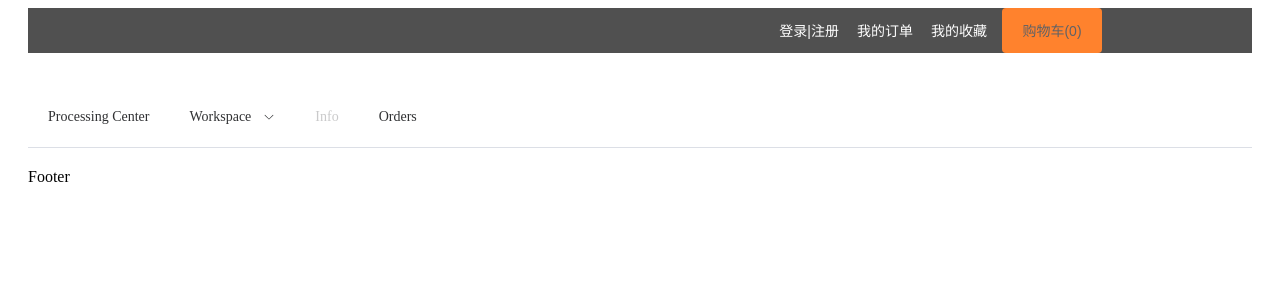
Repository: zhenghaochang/---
Page: / (app in xiaomi/)
The author's editor kept a copy of each file at every save. The page is drawn from the files as they stood at one save, then again after a run of saves.
The browser window is 1280 px wide. The pictures show the whole page.
The project was rebuilt for these pictures with package versions that can differ from the ones it lists, and the page was loaded fresh each time. Also part of the build but not shown: xiaomi/vite.config.js.

Above is the page before, as saved 2025-07-31 10:02:27.

### xiaomi/src/main.js
import { createApp } from 'vue';
import ElementPlus from 'element-plus';
import 'element-plus/dist/index.css';
import router from './router/router';
import App from './App.vue';
import * as ElementPlusIconsVue from '@element-plus/icons-vue';
import { createPinia } from 'pinia';
import piniaPluginPersistedstate from 'pinia-plugin-persistedstate'
const app = createApp(App);
const pinia = createPinia();
pinia.use(piniaPluginPersistedstate)
app.use(pinia);
for (const [key, component] of Object.entries(ElementPlusIconsVue)) {
    app.component(key, component);
}
app.use(router);
app.use(ElementPlus);
app.mount('#app');

### xiaomi/src/router/router.js
import {createRouter,createWebHashHistory} from 'vue-router'

let router = createRouter({
    history:createWebHashHistory(),
    routes:[
        {
            path:"/",
            component:()=>import('../components/main.vue')
        }
    ]
})

export default router

### xiaomi/src/App.vue
<script setup>
import Menu from '../src/components/menu.vue'


</script>

<template>
    <div>
        <el-container>
            <el-header class="header"><Menu></Menu></el-header>
            <el-main class="main"><router-view></router-view></el-main>
            <el-footer>Footer</el-footer>
        </el-container>
    </div>
</template>

<style scoped>
.header{
/*     background-color: blue; */
    width:100%
}
/* .main{
    background-color: blue;
    width: 100%;
    display:flex;
    flex-direction: column;
    justify-content: center;
} */
</style>

### xiaomi/src/components/main.vue
<script setup>

</script>

<template>
    <div class="base_div">
        <div>
            <el-menu
                :default-active="activeIndex"
                class="el-menu-demo"
                mode="horizontal"
                @select="handleSelect"

            >
                <el-menu-item index="1">Processing Center</el-menu-item>
                <el-sub-menu index="2">
                <template #title>Workspace</template>
                <el-menu-item index="2-1">item one</el-menu-item>
                <el-menu-item index="2-2">item two</el-menu-item>
                <el-menu-item index="2-3">item three</el-menu-item>
                <el-sub-menu index="2-4">
                    <template #title>item four</template>
                    <el-menu-item index="2-4-1">item one</el-menu-item>
                    <el-menu-item index="2-4-2">item two</el-menu-item>
                    <el-menu-item index="2-4-3">item three</el-menu-item>
                </el-sub-menu>
                </el-sub-menu>
                <el-menu-item index="3" disabled>Info</el-menu-item>
                <el-menu-item index="4">Orders</el-menu-item>
            </el-menu>
        </div>
    </div>
</template>

<style scoped>
.base_div{
    width: 100%;

}
</style>

### xiaomi/src/components/menu.vue
<script setup>
import {ref,reactive} from 'vue'
import request from '../request/index'
import { ElMessage } from 'element-plus'
import {useUserStore} from '../store/index'


const store = useUserStore()


const loginVisible = ref(false)
const registVisible = ref(false)

const loginForm = ref({
    username:'',
    password:''
})

const registForm = ref({
    username:'',
    password:'',
    rePassword:'',
    name:''
})

const user = ref({
    id:0,
    username:'',
    name:'',
    numInCart:0,
    token:''
})

const loginFormRef = ref()
const registFormRef = ref()

const validateUsername = (rule,value,callback)=>{
    if(value.length==0){
      callback(new Error("用户名不能为空"))
    }else{
      callback()
    }
  }

  const validatePassword = (rule,value,callback)=>{
    if(value.length<4){
      callback(new Error("密码小于4位"))
    }else{
      callback()
    }
  }

  const validateRePassword = (rule,value,callback)=>{
    if(value.length<4){
      callback(new Error("密码小于4位"))
    }else{
      if(value != registForm.value.password){
        callback(new Error("密码不一致"))
      }else{
        callback()
      }
    }
  }

  const rules = {
    username:[{required:true,message:'用户名不能为空',validator:validateUsername}],
    password:[{required:true,message:'密码必须大于4位',validator:validatePassword}],
    rePassword:[{required:true,validator:validateRePassword}]
  }


async function login(){
    const valid = await loginFormRef.value.validate
    if(valid){
        let {data} = await request.post("/user/login",loginForm.value)
        if(data.code == 200){
            ElMessage.success('登录成功')
            user.value = data.data
            store.changeInfo(user.value)
            loginVisible.value = false
        }else{
            ElMessage.error(data.msg)
        }
    }
}

async function regist(){
    const valid = await registFormRef.value.validate
    if(valid){
        let {data} = await request.post("/user/regist",registForm.value)
        if(data.code == 200){
            ElMessage.success('注册成功')
            registVisible.value = false
            loginVisible.value = true
        }else{
            ElMessage.error(data.msg)
        }
    }
}

</script>

<template>
    <div class="base_div">
        <el-button color="rgb(80,80,80)" @click="loginVisible = true" v-if="store.id==0" link>登录|注册</el-button>
        <div style="display:flex;align-items:center;margin-right:10px" v-else>
            <el-button color="rgb(80,80,80)" link>欢迎{{store.name}}</el-button>
            <el-button color="rgb(80,80,80)" @click="()=>{store.logout(),ElMessage.success('已退出')}" link>退出登录</el-button>
        </div>
        <el-button color="rgb(80,80,80)" link>我的订单</el-button>
        <el-button color="rgb(80,80,80)" link>我的收藏</el-button>
        <el-button  style="background-color:rgb(255,130, 45);margin-right:150px;width:100px"  link>购物车({{store.numInCart}})</el-button>

        <!-- 登录窗口 -->
        <el-dialog v-model="loginVisible"  title="登录" width="300">
            <el-form :model="loginForm" ref="loginFormRef" :rules="rules">
                <el-form-item label="用户名" prop="username" :label-width="70">
                    <el-input v-model="loginForm.username" autocomplete="off" />
                </el-form-item>
                <el-form-item label="密码" prop="password" :label-width="70">
                    <el-input v-model="loginForm.password" autocomplete="off" type="password" show-password />
                </el-form-item>
            </el-form>
            <template #footer>
                <div style="display:flex;justify-content:space-between;align-items:center">
                    <el-button type="warning" @click="registVisible = true">注册</el-button>
                    <div>
                        <el-button @click="loginVisible = false">取消</el-button>
                        <el-button type="primary" @click="login">
                        登录
                        </el-button>
                    </div>

                </div>
            </template>
        </el-dialog>
        <!-- 登录窗口END -->
        <!-- 注册窗口 -->
        <el-dialog v-model="registVisible"  title="注册" width="350">
            <el-form :model="registForm" ref="registFormRef" :rules="rules">
                <el-form-item label="用户名" prop="username" :label-width="80">
                    <el-input v-model="registForm.username" autocomplete="off" />
                </el-form-item>
                <el-form-item label="密码" prop="password" :label-width="80">
                    <el-input v-model="registForm.password" autocomplete="off" type="password" show-password />
                </el-form-item>
                <el-form-item label="确认密码" prop="rePassword" :label-width="80">
                    <el-input v-model="registForm.rePassword" autocomplete="off" type="password" show-password />
                </el-form-item>
                <el-form-item label="姓名"  :label-width="80">
                    <el-input v-model="registForm.name" autocomplete="off"  />
                </el-form-item>
            </el-form>
            <template #footer>
                <div style="">
                    <div>
                        <el-button @click="registVisible = false">取消</el-button>
                        <el-button type="primary" @click="regist">
                        注册
                        </el-button>
                    </div>

                </div>
            </template>
        </el-dialog>
        <!-- 注册窗口END -->
    </div>
</template>

<style scoped>
.base_div{
    background-color:rgb(80,80,80);
    width:100%;
    height:45px;
    display: flex;
    justify-content:flex-end;
}
</style>

### xiaomi/src/request/index.js
import axios from 'axios'


const request = axios.create({
    baseURL:'http://localhost:8080',
    timeout:10000
})









export default request

### xiaomi/src/store/index.js
import {defineStore} from 'pinia'

const user = {
    id:0,
    username:'',
    name:'',
    numInCart:0,
    token:''
}

export const useUserStore = defineStore('userInfo',{
    state:()=>({
        id:0,
        username:'',
        name:'',
        numInCart:0,
        token:''
    }),
    getters:{},
    actions:{
        changeInfo(user){
            this.id = user.id,
            this.username = user.username,
            this.name = user.name,
            this.numInCart = user.numInCart,
            this.token = user.token
        },
        logout(){
            this.id = 0,
            this.username = '',
            this.name = '',
            this.numInCart = 0,
            this.token = ''
        }
    },
    persist: true
}
)

Loaded but not shown: xiaomi/index.html (common file)

After the next 4 saves:
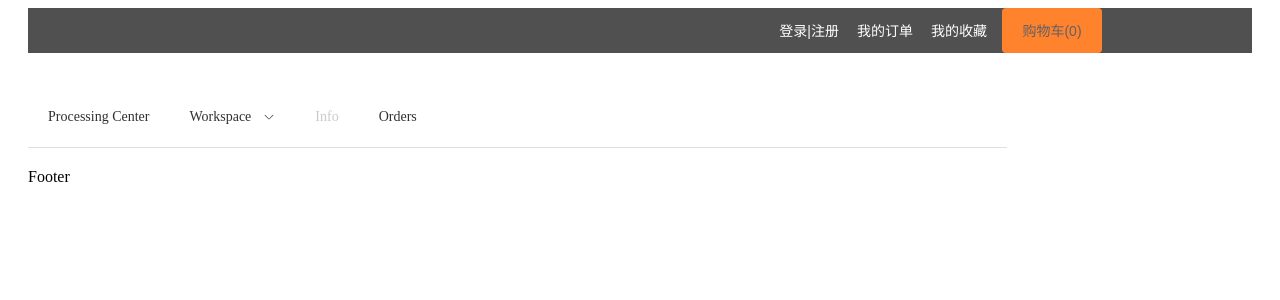
The 4 saves are shown as one change because they came seconds apart.
The last was saved 25 s later.
--- a/xiaomi/src/components/main.vue
+++ b/xiaomi/src/components/main.vue
@@ -10,7 +10,7 @@
                 class="el-menu-demo"
                 mode="horizontal"
                 @select="handleSelect"
-
+                style="width:80%"
             >
                 <el-menu-item index="1">Processing Center</el-menu-item>
                 <el-sub-menu index="2">
